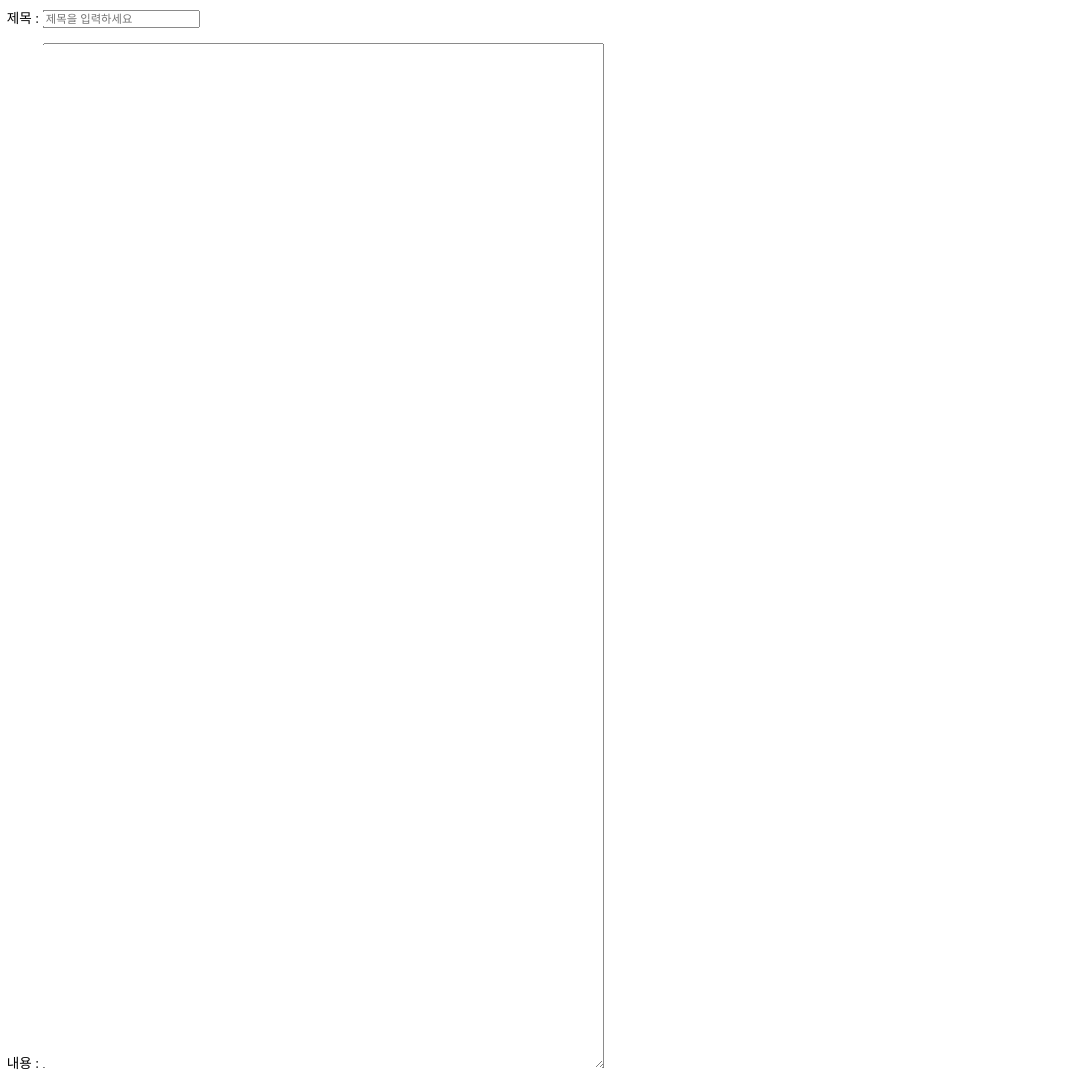
Repository: LeeHyukJe/LHJ
Page: http://localhost/mybbs/mybbs/bbs_form.jsp
These files come from the project's save history. The page is drawn as it stood at one moment and after the next save; the edit follows.
The browser window is 1280 px wide. The pictures show the whole page, at 85% of full size.
The page is served by Tomcat 9. Other server files are loaded and not shown.

Above is the page before, as saved 2017-09-25 03:03:55.

### mybbs/WebContent/mybbs/bbs_form.jsp
<%@ page language="java" contentType="text/html; charset=UTF-8"
    pageEncoding="UTF-8"%>
<!DOCTYPE html PUBLIC "-//W3C//DTD HTML 4.01 Transitional//EN" "http://www.w3.org/TR/html4/loose.dtd">
<html>
<head>
<meta http-equiv="Content-Type" content="text/html; charset=UTF-8">
<link rel="stylesheet" href="bbs.css">
<title>Insert title here</title>
</head>
<body>
	<form action="bbs_action.jsp">
		제목 : <input type="text" name="title" placeholder="제목을 입력하세요"><br><br>
		내용 : <textarea rows="80" cols="80" name="content">

		</textarea>
	</form>
</body>
</html>

### mybbs/WebContent/mybbs/bbs.css
table.type10 {
    border-collapse: collapse;
    text-align: left;
    line-height: 1.5;
    border-top: 1px solid #ccc;
    border-bottom: 1px solid #ccc;
    margin: 20px 10px;
}
table.type10 thead th {
    width: 150px;
    padding: 10px;
    font-weight: bold;
    vertical-align: top;
    color: #fff;
    background: lightskyblue;
    margin: 20px 10px;
}
table.type10 tbody th {
    width: 150px;
    padding: 10px;
}
table.type10 td {
    width: 350px;
    padding: 10px;
    vertical-align: top;
}
table.type10 .even {
    background: #fdf3f5;
}

After the next save:
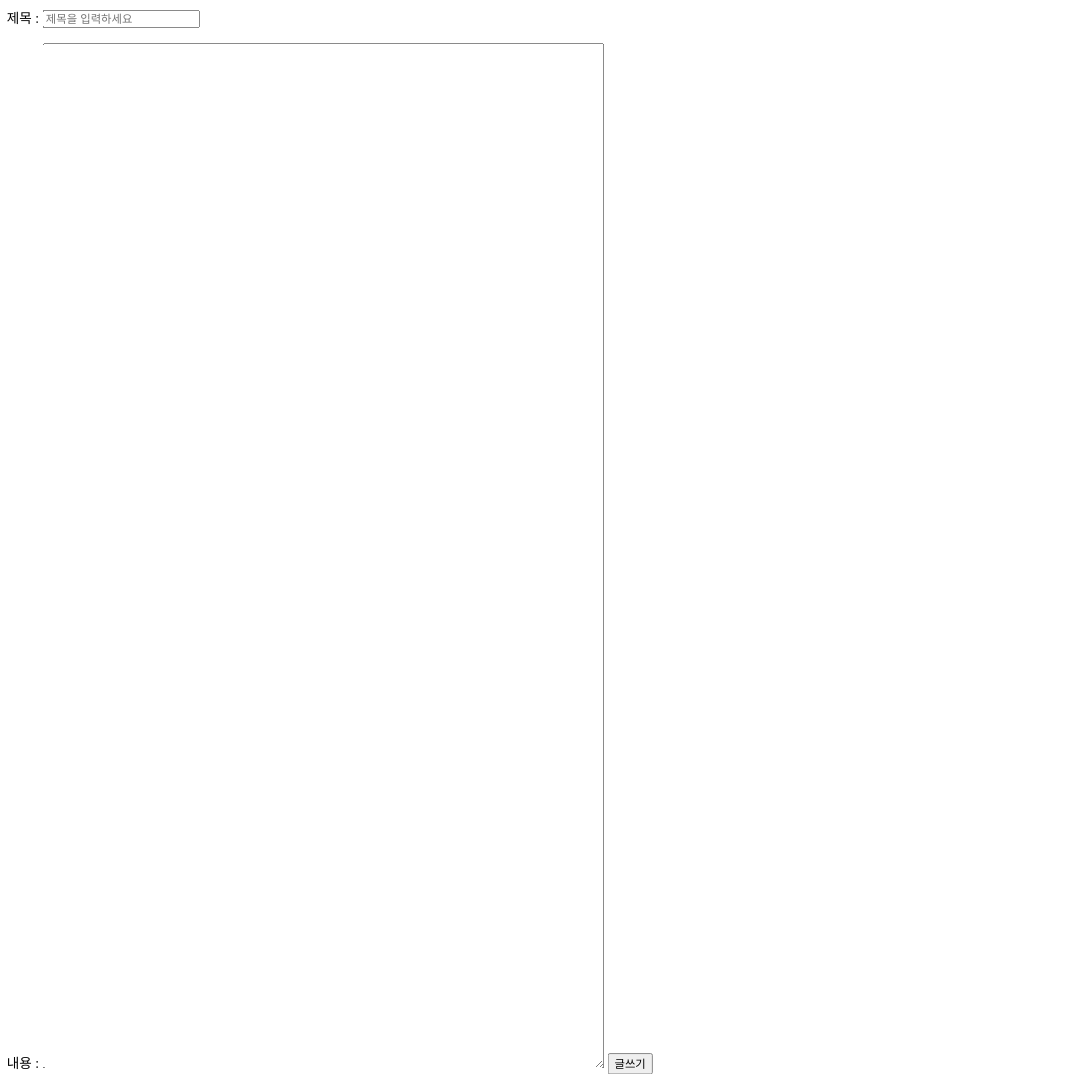
Saved 34 s later.
--- a/mybbs/WebContent/mybbs/bbs_form.jsp
+++ b/mybbs/WebContent/mybbs/bbs_form.jsp
@@ -13,6 +13,7 @@
 		내용 : <textarea rows="80" cols="80" name="content">
 
 		</textarea>
+		<input type="button" value="글쓰기">
 	</form>
 </body>
 </html>
